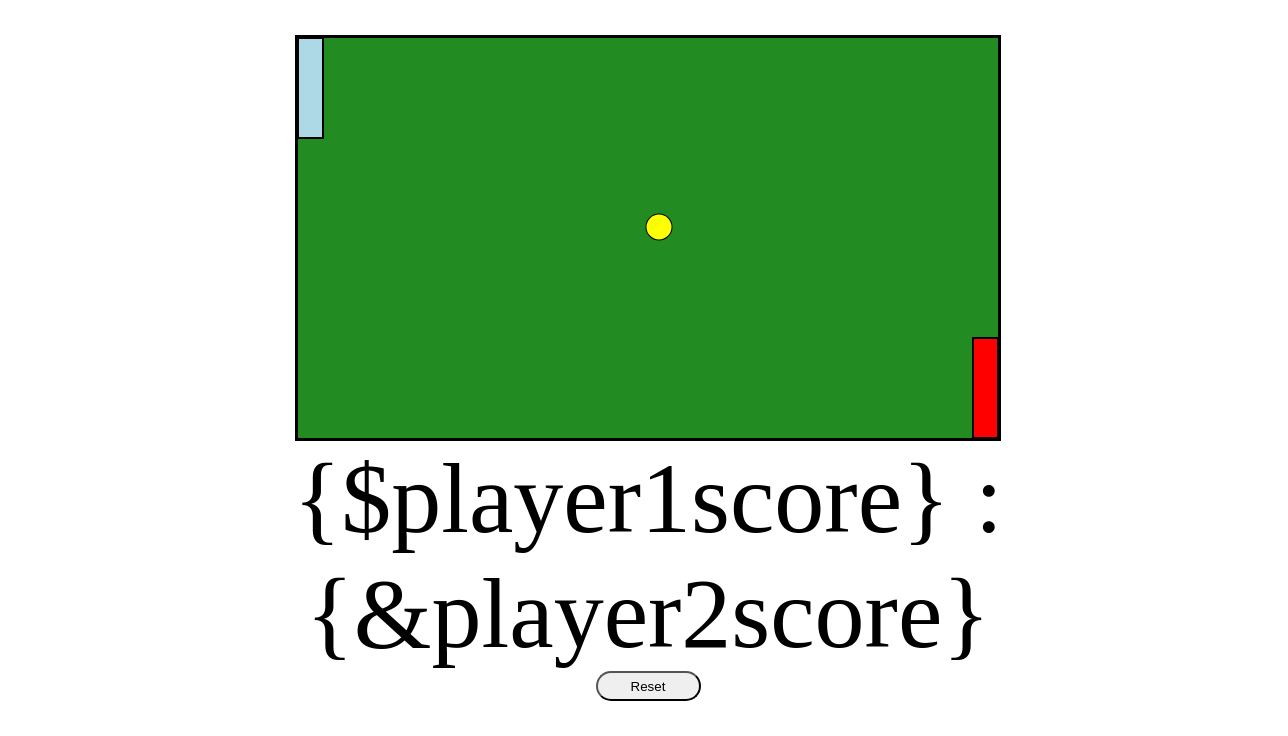
Repository: zacheys123/ping-pong
Page: index.html
The author's editor kept a copy of each file at every save. The page is drawn from the files as they stood at one save, then again after the next save.
The browser window is 1280 px wide. The page is 1288 px wide, so the pictures cover 1288 px, including what lies to the right of the window. The pictures show the whole page.

Above is the page before, as saved 2023-07-01 00:32:37.

### index.html
<html lang="en">
	<head>
		<meta charset="UTF-8" />
		<meta http-equiv="X-UA-Compatible" content="IE=edge" />
		<meta
			name="viewport"
			content="width=device-width, initial-scale=1.0"
		/>
		<title>Ping pong</title>
		<link rel="stylesheet" href="style.css" />
	</head>
	<body>
		<div id="gamecontainer">
			<canvas id="gameboard"></canvas>
			<div id="scoretext">0 : 0</div>
			<button id="resetbutton">Reset</button>
		</div>

		<script src="index.js"></script>
	</body>
</html>

### style.css
body {
	display: flex;
	justify-content: center;
	align-items: center;
	position: relative;
	width: 100vw;
	height: 100vh;
	overflow-y: hidden;
}
#gamecontainer {
	position: absolute;
	width: 100%;
	text-align: center;
}
#gameboard {
	border: 3px solid;
}
#scoretext {
	font-family: 'consolas' cursive;
	font-size: 100px;
}
#resetbutton {
	font-family: 'monospace' cursive;
	border-radius: 15px;
	cursor: pointer;
	width: 105px;
	height: 30px;
}

### index.js
const canvas = document.querySelector('#gameboard');
const ctx = canvas.getContext('2d');
const scoreText = document.querySelector('#scoretext');
canvas.width = 700;
canvas.height = 400;
const gamewidth = canvas.width;
const gameheight = canvas.height;
const resetbutton = document.querySelector('#resetbutton');
const paddle1color = 'lightblue';
const paddle2color = 'red';
const gameColor = 'forestgreen';
const paddleBorder = 'black';
const ballcolor = 'yellow';
const ballborder = 'black';
const ballradius = 12.5;
const paddlespeed = 50;

let intervalId = 0;
let ballspeed = 1;
let ballX = gamewidth / 2;
let ballY = gameheight / 2;
let ballXdirection = 0;
let ballYdirection = 0;
let player1score = 0;
let player2score = 0;
let paddle1 = { width: 25, height: 100, x: 0, y: 0 };
let paddle2 = {
	width: 25,
	height: 100,
	x: gamewidth - 25,
	y: gameheight - 100,
};

addEventListener('keydown', changeDirections, true);
resetbutton.addEventListener('click', reset, true);

gameStart();

function gameStart() {
	createBall();
	nextTick();
}
function nextTick() {
	intervalId = setTimeout(function () {
		clearBoard();
		drawPaddles();

		moveBall();
		drawBall(ballX, ballY);
		checkCollision();
		nextTick();
	}, 76);
}
function drawBall(ballX, ballY) {
	ctx.fillStyle = ballcolor;

	ctx.strokeStyle = ballborder;
	ctx.lineWidth = 2;
	ctx.beginPath();
	ctx.arc(ballX, ballY, ballradius, 0, 2 * Math.PI);
	ctx.stroke();
	ctx.fill();
}
function clearBoard() {
	ctx.fillStyle = gameColor;
	ctx.fillRect(0, 0, gamewidth, gameheight);
}
function changeDirections(event) {
	const keyPressed = event.keyCode;
	const paddle1Up = 87;
	const paddle1Down = 83;
	const paddle2Up = 38;
	const paddle2Down = 40;
	switch (keyPressed) {
		case paddle1Up:
			if (paddle1.y > 0) paddle1.y -= paddlespeed;
			break;
		case paddle1Down:
			if (paddle1.y + paddle1.height < gameheight)
				paddle1.y += paddlespeed;
			break;
		case paddle2Up:
			if (paddle2.y > 0) paddle2.y -= paddlespeed;
			break;
		case paddle2Down:
			if (paddle2.y + paddle2.height < gameheight)
				paddle2.y += paddlespeed;
			break;
	}
}
function createBall() {
	ballspeed = 11;
	if (Math.round(Math.random()) === 1) {
		ballXdirection = 1;
	} else {
		ballXdirection = -1;
	}
	if (Math.round(Math.random()) === 1) {
		ballYdirection = 1;
	} else {
		ballYdirection = -1;
	}
	ballX = gamewidth / 2;
	ballY = gameheight / 2;
	drawBall(ballX, ballY);
}
function moveBall() {
	ballX += ballspeed * ballXdirection;
	ballY += ballspeed * ballYdirection;
}
function checkCollision() {
	if (ballY - ballradius <= 0) {
		ballYdirection *= -1;
	}
	if (ballY + ballradius >= gameheight) {
		ballYdirection *= -1;
	}

	if (ballX <= 0) {
		player2score += 1;
		updateScore();
		createBall();
		return;
	}
	if (ballX >= gamewidth) {
		player2score += 1;
		updateScore();
		createBall();
		return;
	}
}
function drawPaddles() {
	ctx.strokeStyle = paddleBorder;
	ctx.fillStyle = paddle1color;
	ctx.fillRect(paddle1.x, paddle1.y, paddle1.width, paddle1.height);
	ctx.strokeRect(paddle1.x, paddle1.y, paddle1.width, paddle1.height);
	ctx.fillStyle = paddle2color;
	ctx.fillRect(paddle2.x, paddle2.y, paddle2.width, paddle2.height);
	ctx.strokeRect(paddle2.x, paddle2.y, paddle2.width, paddle2.height);
}
function updateScore() {
	scoreText.textContent = `{$player1score} : {&player2score}`;
}
function reset() {}

After the next save:
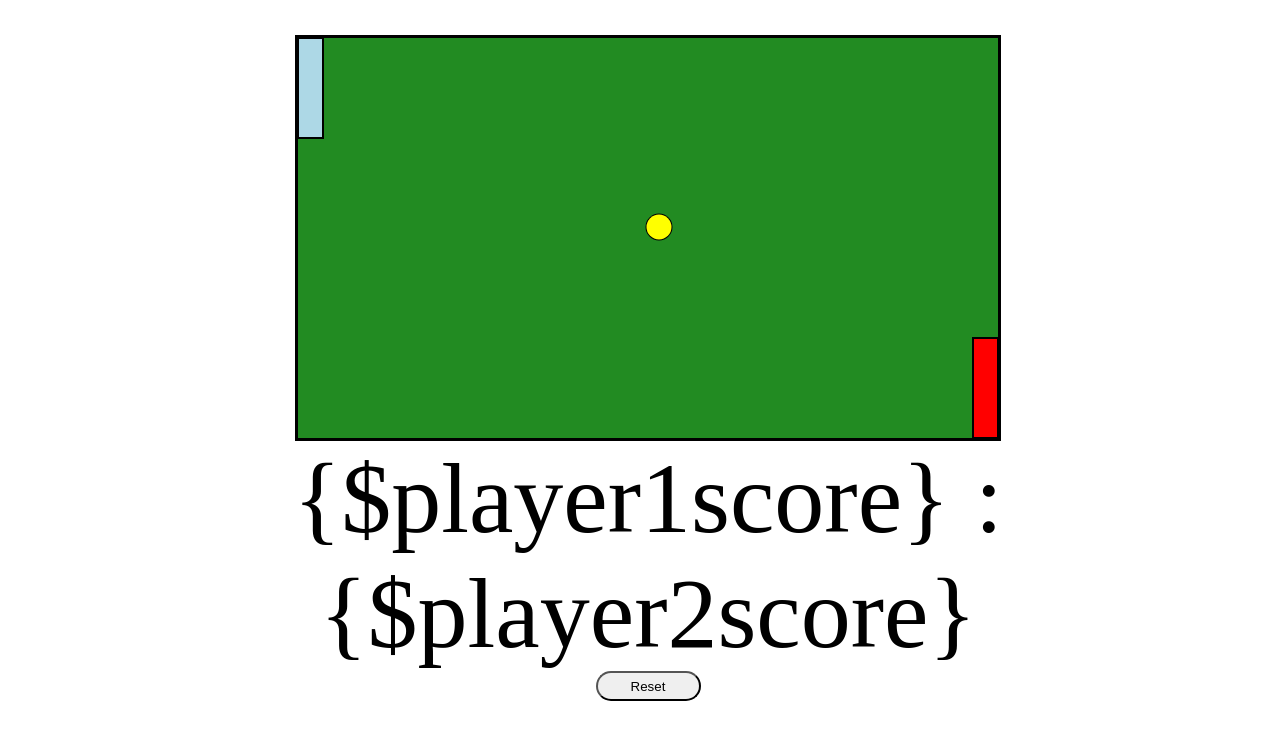
Saved 11 s later.
--- a/index.js
+++ b/index.js
@@ -139,6 +139,6 @@ function drawPaddles() {
 	ctx.strokeRect(paddle2.x, paddle2.y, paddle2.width, paddle2.height);
 }
 function updateScore() {
-	scoreText.textContent = `{$player1score} : {&player2score}`;
+	scoreText.textContent = `{$player1score} : {$player2score}`;
 }
 function reset() {}
